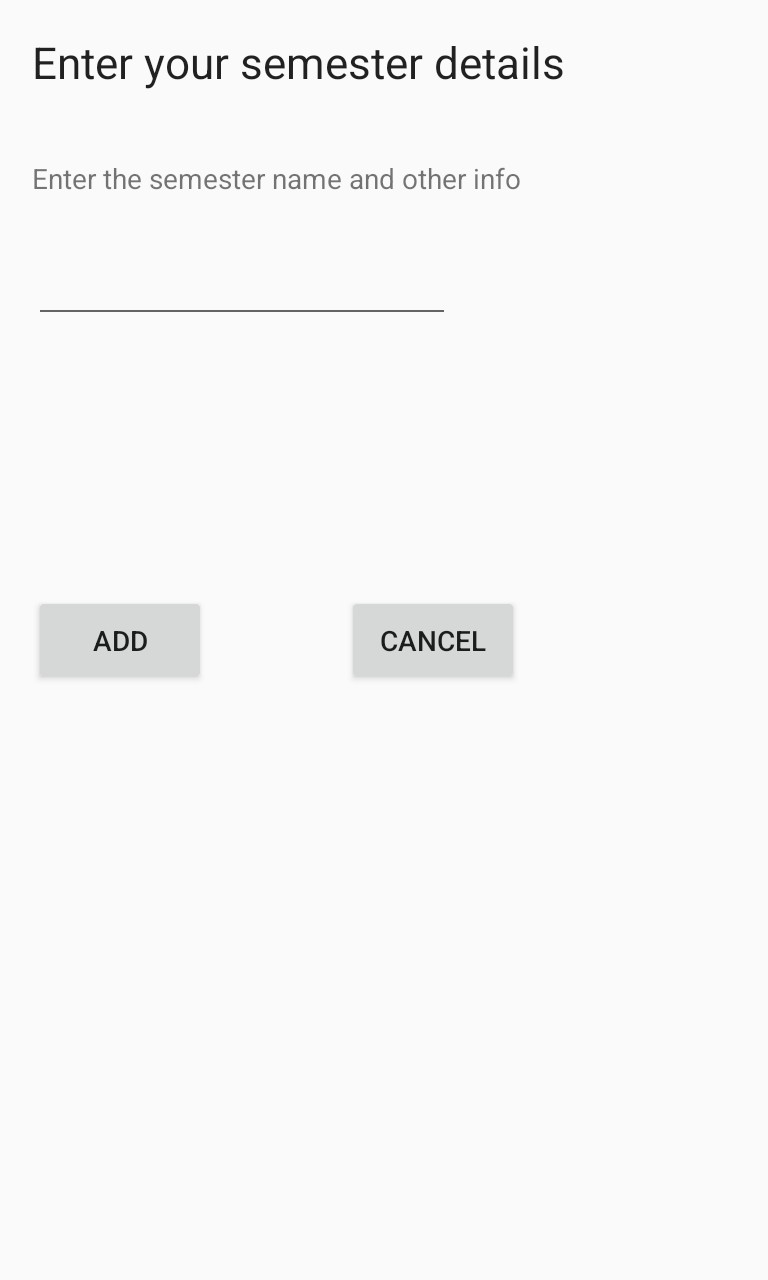
Repository: TeamZhao/Assignment-Tracker
Layout: Assignment-Tracker/AssignmentTracker/res/layout/activity_main.xml
The author's editor kept a copy of each file at every save. The layout is drawn from the files as they stood at one save, then again after the next save.
It is drawn on a 768 x 1280 px phone screen (xhdpi) without system bars, with theme AppTheme; the app's code is not run.

Above is the layout before, as saved 2014-10-10 21:11:40.

After the next save:
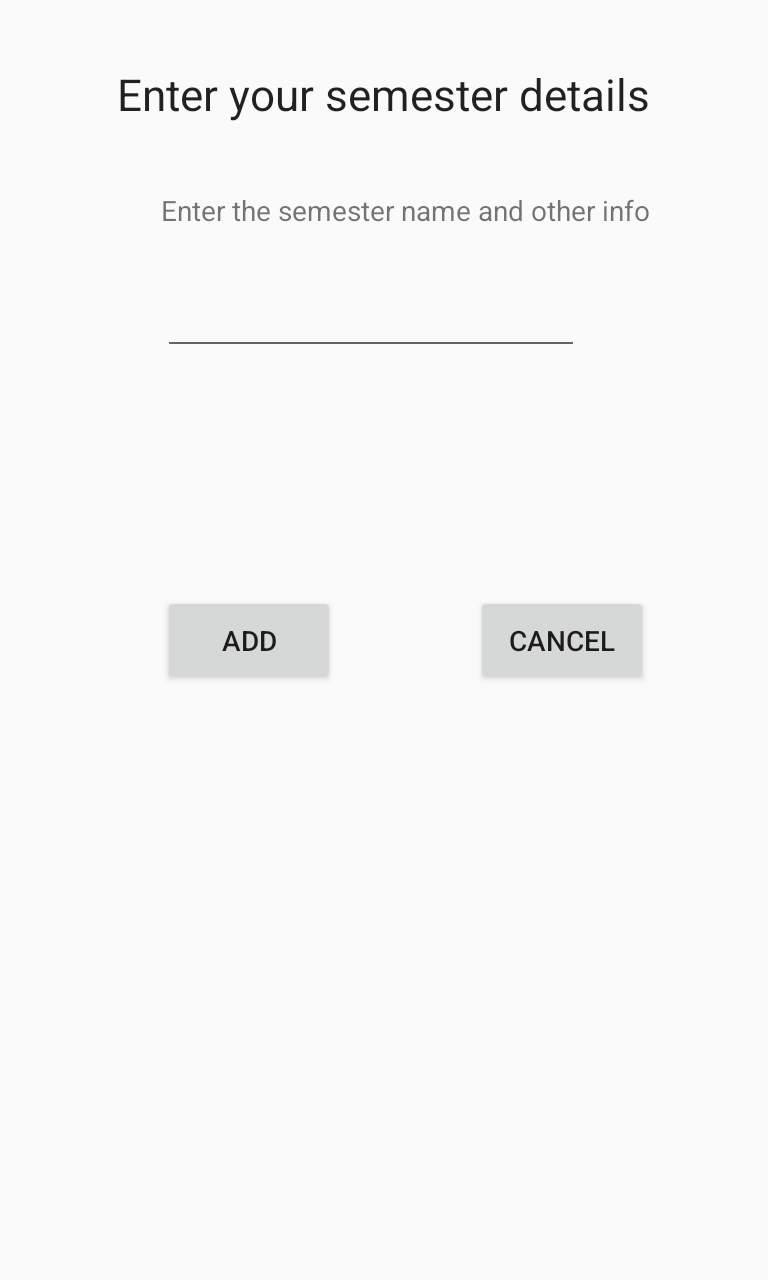
Saved 2 min 51 s later.
--- a/Assignment-Tracker/AssignmentTracker/res/layout/activity_main.xml
+++ b/Assignment-Tracker/AssignmentTracker/res/layout/activity_main.xml
@@ -7,23 +7,6 @@
     android:paddingRight="@dimen/activity_horizontal_margin"
     android:paddingTop="@dimen/activity_vertical_margin"
     tools:context="com.example.assignmenttracker.MainActivity" >
-
-    <TextView
-        android:id="@+id/textView1"
-        android:layout_width="wrap_content"
-        android:layout_height="wrap_content"
-        android:layout_alignParentTop="true"
-        android:layout_marginRight="29dp"
-        android:text="@string/semesterDetails"
-        android:textAppearance="?android:attr/textAppearanceLarge" />
-
-    <TextView
-        android:id="@+id/textView3"
-        android:layout_width="wrap_content"
-        android:layout_height="wrap_content"
-        android:layout_below="@+id/textView1"
-        android:layout_marginTop="34dp"
-        android:text="@string/semesterName" />
 
     <EditText
         android:id="@+id/semesterDetails"
@@ -51,4 +34,23 @@
         android:layout_alignRight="@+id/textView3"
         android:text="@string/cancelSemester" />
 
+    <TextView
+        android:id="@+id/textView1"
+        android:layout_width="wrap_content"
+        android:layout_height="wrap_content"
+        android:layout_alignParentTop="true"
+        android:layout_centerHorizontal="true"
+        android:layout_marginTop="16dp"
+        android:text="@string/semesterDetails"
+        android:textAppearance="?android:attr/textAppearanceLarge" />
+
+    <TextView
+        android:id="@+id/textView3"
+        android:layout_width="wrap_content"
+        android:layout_height="wrap_content"
+        android:layout_alignRight="@+id/textView1"
+        android:layout_below="@+id/textView1"
+        android:layout_marginTop="34dp"
+        android:text="@string/semesterName" />
+
 </RelativeLayout>
